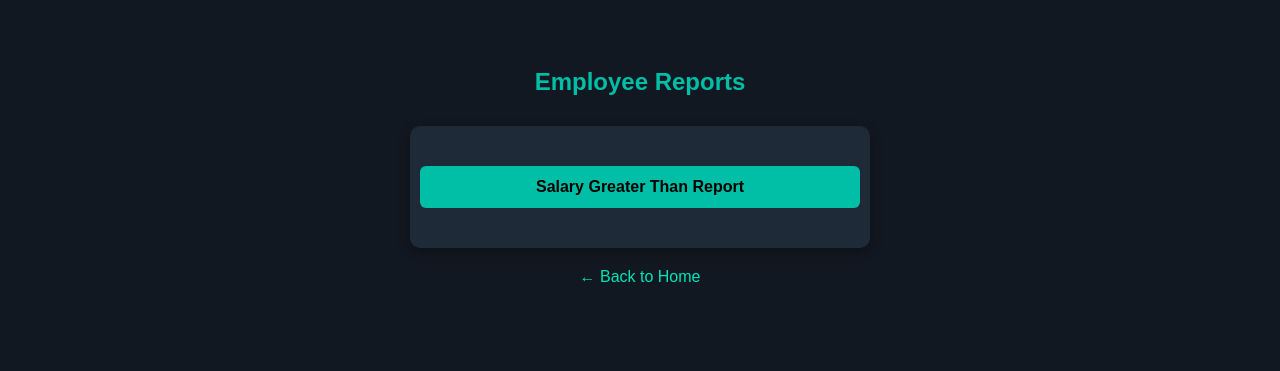
Repository: KUSUMA-74/Advance-JavaProject
Page: http://localhost/EmployeeWebApp/reports.jsp
An editor plug-in stored every save of this project. The page is shown before and after the next save, followed by the edit.
The browser window is 1280 px wide. The pictures show the whole page.
The page is served by Tomcat 9. Other server files are loaded and not shown.

Above is the page before, as saved 2025-05-30 15:16:06.

### EmployeeWebApp/src/main/webapp/reports.jsp
<%@ page contentType="text/html;charset=UTF-8" language="java" %>
<!DOCTYPE html>
<html>
<head>
    <title>Employee Reports</title>
    <style>
        body {
            background-color: #121821;
            color: #e0e6e9;
            font-family: Arial, sans-serif;
            padding: 40px;
            display: flex;
            flex-direction: column;
            align-items: center;
        }
        h2 {
            color: #00bfa6;
            margin-bottom: 30px;
        }
        .card {
            background-color: #1e2a38;
            width: 400px;
            padding: 30px;
            border-radius: 10px;
            box-shadow: 0 4px 12px rgba(0,0,0,0.3);
            display: flex;
            flex-direction: column;
            align-items: center;
        }
        .report-link {
            display: block;
            background-color: #00bfa6;
            color: black;
            text-align: center;
            text-decoration: none;
            padding: 12px 20px;
            border-radius: 6px;
            font-weight: bold;
            margin: 10px 0;
            width: 100%;
        }
        .report-link:hover {
            background-color: #00e6b8;
        }
        a.back {
            margin-top: 20px;
            color: #00e6b8;
            text-decoration: none;
        }
    </style>
</head>
<body>
    <h2>Employee Reports</h2>

    <div class="card">
        <a class="report-link" href="report_form.jsp">Salary Greater Than Report</a>
        <!-- You can add more report links below as needed -->
        <!-- <a class="report-link" href="another_report.jsp">Another Report</a> -->
    </div>

    <a class="back" href="index.jsp">← Back to Home</a>
</body>
</html>

After the next save:
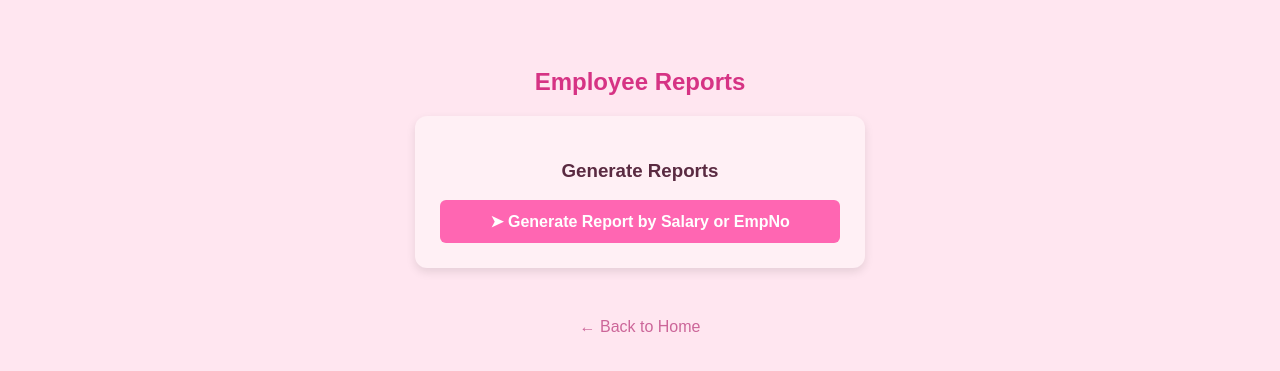
Saved 49 s later.
--- a/EmployeeWebApp/src/main/webapp/reports.jsp
+++ b/EmployeeWebApp/src/main/webapp/reports.jsp
@@ -5,46 +5,43 @@
     <title>Employee Reports</title>
     <style>
         body {
-            background-color: #121821;
-            color: #e0e6e9;
+            background-color: #ffe6f0;
             font-family: Arial, sans-serif;
             padding: 40px;
+            color: #5a2a41;
             display: flex;
             flex-direction: column;
             align-items: center;
         }
         h2 {
-            color: #00bfa6;
-            margin-bottom: 30px;
+            color: #d63384;
         }
         .card {
-            background-color: #1e2a38;
+            background-color: #fff0f5;
+            padding: 25px;
+            border-radius: 12px;
+            box-shadow: 0 4px 10px rgba(0,0,0,0.1);
             width: 400px;
-            padding: 30px;
-            border-radius: 10px;
-            box-shadow: 0 4px 12px rgba(0,0,0,0.3);
-            display: flex;
-            flex-direction: column;
-            align-items: center;
+            margin-bottom: 20px;
+            text-align: center;
         }
-        .report-link {
+        .card a {
             display: block;
-            background-color: #00bfa6;
-            color: black;
-            text-align: center;
+            padding: 12px;
+            margin-top: 10px;
+            background-color: #ff66b2;
+            color: white;
             text-decoration: none;
-            padding: 12px 20px;
+            font-weight: bold;
             border-radius: 6px;
-            font-weight: bold;
-            margin: 10px 0;
-            width: 100%;
+            transition: background-color 0.3s ease;
         }
-        .report-link:hover {
-            background-color: #00e6b8;
+        .card a:hover {
+            background-color: #e05599;
         }
-        a.back {
-            margin-top: 20px;
-            color: #00e6b8;
+        .back {
+            margin-top: 30px;
+            color: #cc6699;
             text-decoration: none;
         }
     </style>
@@ -53,9 +50,8 @@
     <h2>Employee Reports</h2>
 
     <div class="card">
-        <a class="report-link" href="report_form.jsp">Salary Greater Than Report</a>
-        <!-- You can add more report links below as needed -->
-        <!-- <a class="report-link" href="another_report.jsp">Another Report</a> -->
+        <h3>Generate Reports</h3>
+        <a href="report_form.jsp">➤ Generate Report by Salary or EmpNo</a>
     </div>
 
     <a class="back" href="index.jsp">← Back to Home</a>
